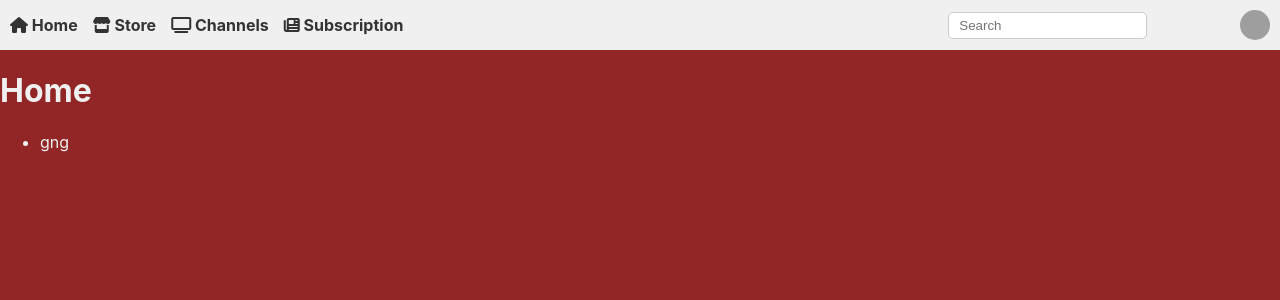
Repository: gordonnrat/group-2-project
Page: / (app in source-code/)
The author's editor kept a copy of each file at every save. The page is drawn from the files as they stood at one save, then again after the next save.
The browser window is 1280 px wide. The pictures show the whole page.
Pictures or frames that could not be fetched are drawn as grey boxes. The project was rebuilt for these pictures with package versions that can differ from the ones it lists, and the page was loaded fresh each time. Also part of the build but not shown: source-code/src/App.css, source-code/src/App.js, source-code/src/components/pages/Login.js.

Above is the page before, as saved 2023-07-20 14:20:52.

### source-code/src/index.js
import React from 'react';
import ReactDOM from 'react-dom/client';
import './index.css';
import "@fortawesome/fontawesome-free/css/all.min.css";
import reportWebVitals from './reportWebVitals';
import {
  createBrowserRouter,
  RouterProvider,
  Navigate
} from "react-router-dom";

import App from './App';
import Home from './components/pages/Home';
import Login from './components/pages/Login';

const router = createBrowserRouter([
  {
    path: "/", // This is the relative URL path which users can bookmark and navigate to
    element: <Home />, // This is the React Component to load when navigating to the associated path URL
    // errorElement: <ErrorPage />, // This is a React Component to load when a URL is invalid or something goes wrong
  },
  {
    path: "/login",
    element: <Login />,
  },
  // More routes...
  {
  path: "/group-2-project",
  element:<Navigate to = "/" replace />
  },
]);

const root = ReactDOM.createRoot(document.getElementById('root'));
root.render(
  <React.StrictMode>
    <RouterProvider router={router} />
  </React.StrictMode>
);

// If you want to start measuring performance in your app, pass a function
// to log results (for example: reportWebVitals(console.log))
// or send to an analytics endpoint. Learn more: https://bit.ly/CRA-vitals
reportWebVitals();

### source-code/src/index.css
:root {
  --primary-dark: #922626;
  --primary-medium: #444444;
  --primary-light: #f0f0f0;
}

body {
  margin: 0;
  font-family: -apple-system, BlinkMacSystemFont, 'Segoe UI', 'Roboto', 'Oxygen',
    'Ubuntu', 'Cantarell', 'Fira Sans', 'Droid Sans', 'Helvetica Neue',
    sans-serif;
  -webkit-font-smoothing: antialiased;
  -moz-osx-font-smoothing: grayscale;
  background-color: var(--primary-dark);
  color: var(--primary-light);
}

code {
  font-family: source-code-pro, Menlo, Monaco, Consolas, 'Courier New', monospace;
  background-color: var(--primary-light);
  color: var(--primary-dark);
}

### source-code/src/components/pages/Home.js
import Navbar from "../Navbar";

function Home() {
    return(
        <div>
            <Navbar />
            <h1>Home</h1>
            <ul>
                <li>gng</li>
            </ul>
        </div>
    )
}

export default Home

### source-code/src/components/Navbar.js
import { Link } from "react-router-dom";
import "./Navbar.css";

function Navbar() {
  return (
    <nav className="navbar">
      <ul className="left-nav">
        <li>
          <Link to="/">
            <i className="fas fa-home"></i> Home
          </Link>
        </li>
        <li>
          <Link to="/Store">
            <i className="fas fa-store"></i> Store
          </Link>
        </li>
        <li>
          <Link to="/Channels">
            <i className="fas fa-tv"></i> Channels
          </Link>
        </li>
        <li>
          <Link to="/Subscription">
            <i className="fas fa-newspaper"></i> Subscription
          </Link>
        </li>
      </ul>
      <div className="right-nav">
        <input type="text" placeholder="Search" />
        <div className="user-section">
          {/* Your user-related elements can go here */}
          <span>Username</span>
          <img src="user_avatar.png" alt="User Avatar" />
        </div>
      </div>
    </nav>
  );
}

export default Navbar;

### source-code/src/components/Navbar.css
/* Navbar.css */

.navbar {
    background-color: #f0f0f0;
    padding: 10px;
    display: flex;
    justify-content: space-between;
    align-items: center;
}

.left-nav {
    list-style-type: none;
    margin: 0;
    padding: 0;
    display: flex;
    align-items: center;
}

.left-nav li {
    margin-right: 15px;
}

.left-nav li:last-child {
    margin-right: 0;
}

.left-nav li a {
    text-decoration: none;
    color: #333;
    font-size: 16px;
    font-weight: bold;
}

.left-nav li a:hover {
    color: #555;
}

.right-nav {
    display: flex;
    align-items: center;
}

.right-nav input[type="text"] {
    padding: 5px 10px;
    border: 1px solid #ccc;
    border-radius: 5px;
    margin-right: 10px;
}

.user-section {
    display: flex;
    align-items: center;
}

.user-section span {
    margin-right: 5px;
}

.user-section img {
    width: 30px;
    height: 30px;
    border-radius: 50%;
}

Loaded but not shown: source-code/public/index.html (common file); source-code/src/reportWebVitals.js (common file)

After the next save:
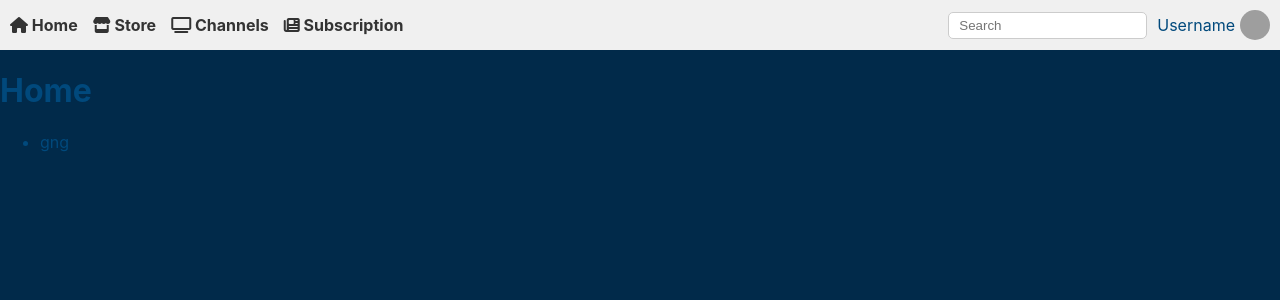
Saved 45 s later.
--- a/source-code/src/index.css
+++ b/source-code/src/index.css
@@ -1,7 +1,7 @@
 :root {
-  --primary-dark: #922626;
-  --primary-medium: #444444;
-  --primary-light: #f0f0f0;
+  --primary-dark: #012A4A;
+  --primary-medium: #013A63;
+  --primary-light: #01497C;
 }
 
 body {
